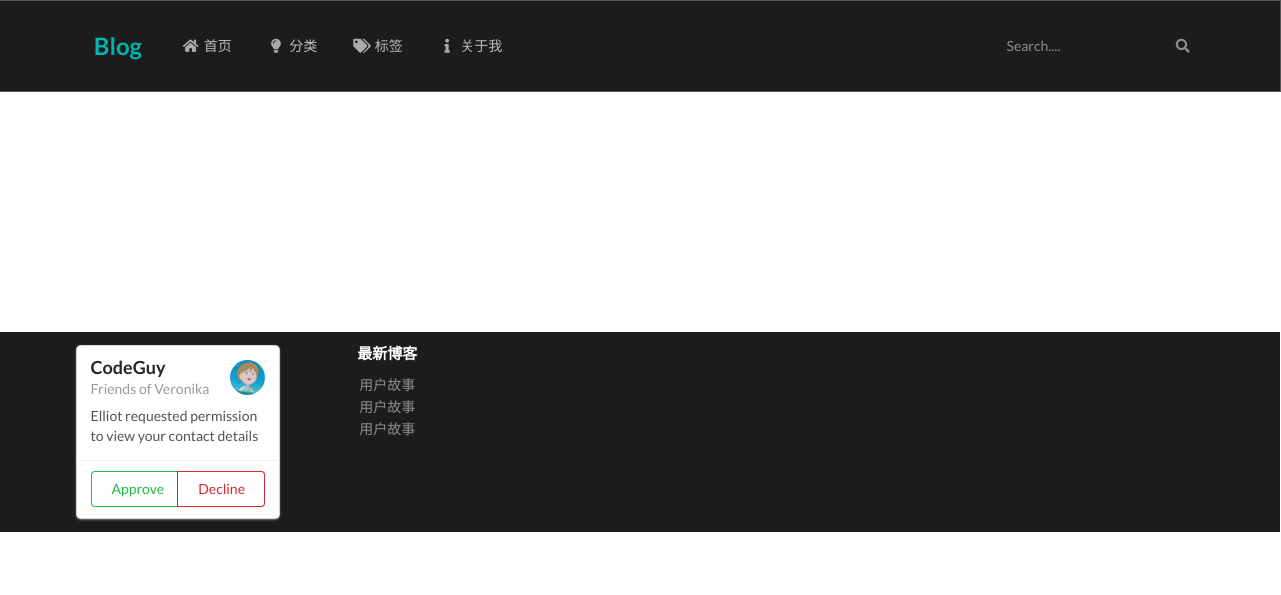
Repository: GOGOHQ/myblog
Page: index.html
The author's editor kept a copy of each file at every save. The page is drawn from the files as they stood at one save, then again after the next save.
The browser window is 1280 px wide. The page is 1281 px wide, so the pictures cover 1281 px, including what lies to the right of the window. The pictures show the whole page.
Some web libraries are served in a nearby version.

Above is the page before, as saved 2020-01-16 15:29:03.

After the next save:
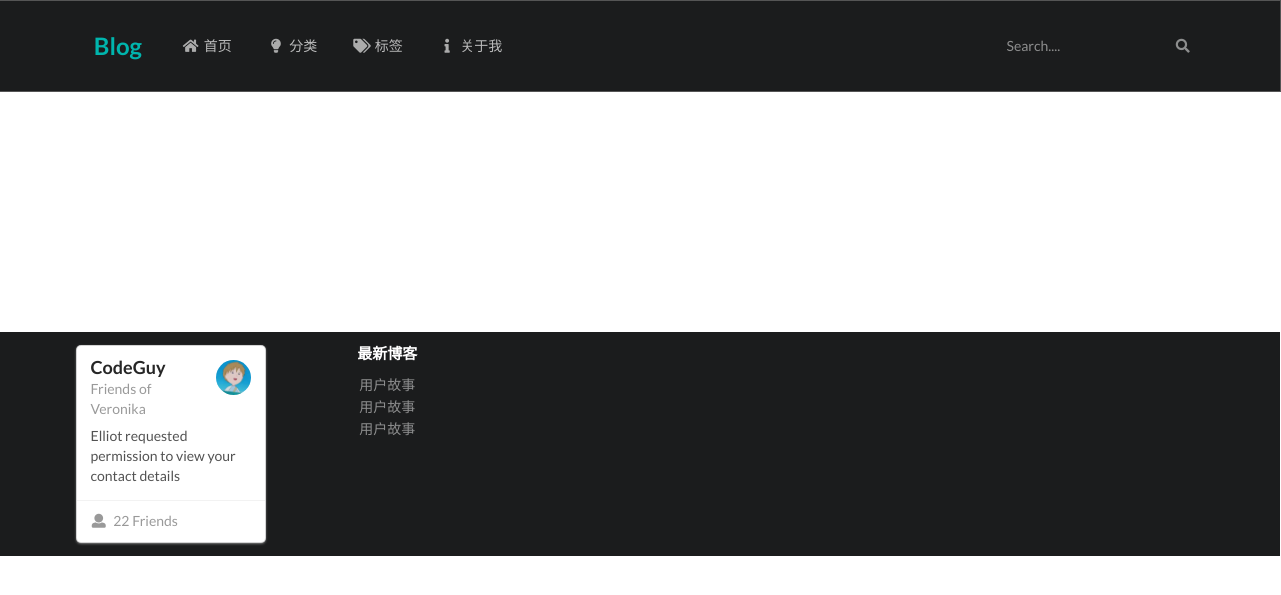
Saved 36 s later.
--- a/index.html
+++ b/index.html
@@ -54,10 +54,9 @@
                             </div>
                         </div>
                         <div class="extra content">
-                            <div class="ui two buttons">
-                                <div class="ui basic green button">Approve</div>
-                                <div class="ui basic red button">Decline</div>
-                            </div>
+                            <a>
+                                <i class="user icon"></i> 22 Friends
+                            </a>
                         </div>
                     </div>
                 </div>
